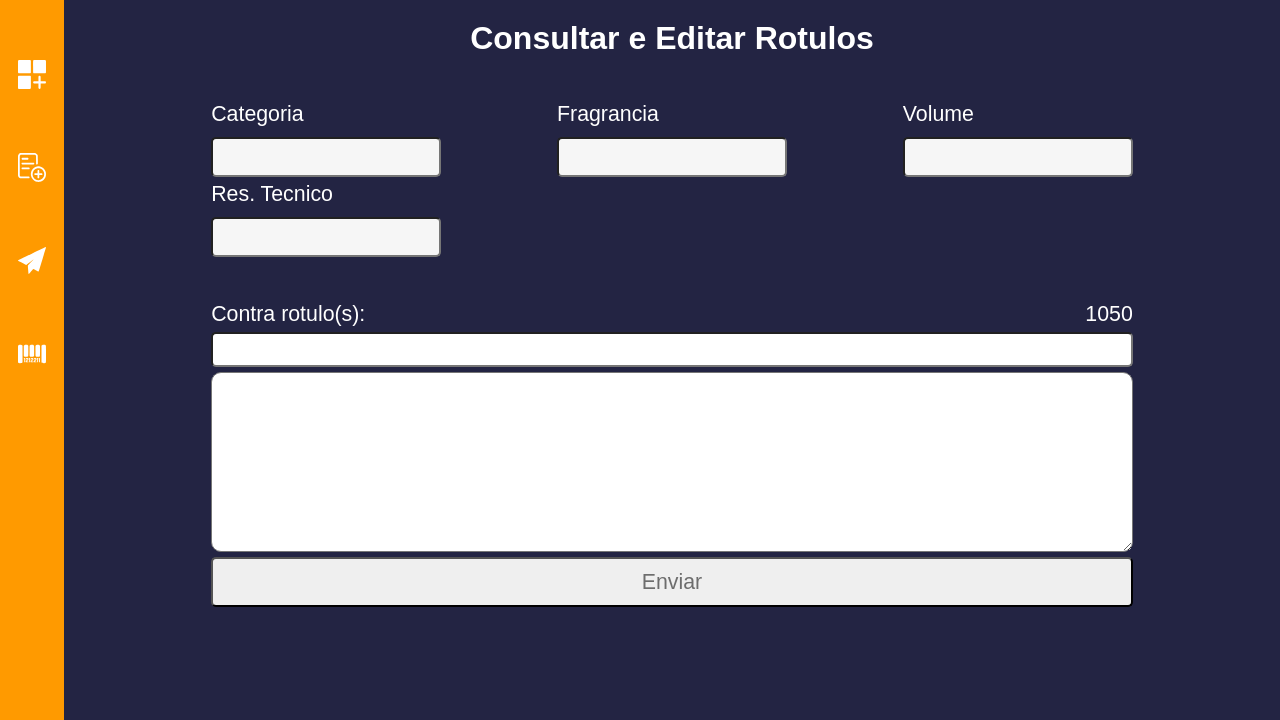
Repository: jeanjanrley/Organizador-de-rotulos
Page: /consultar
These files come from the project's save history. The page is drawn as it stood at one moment and after the next save; the edit follows.
The browser window is 1280 px wide. The pictures show the whole page.
The project was rebuilt for these pictures with package versions that can differ from the ones it lists, and the page was loaded fresh each time. Also part of the build but not shown: src/pages/home/Home.js.

Above is the page before, as saved 2021-06-26 15:56:27.

After the next save:
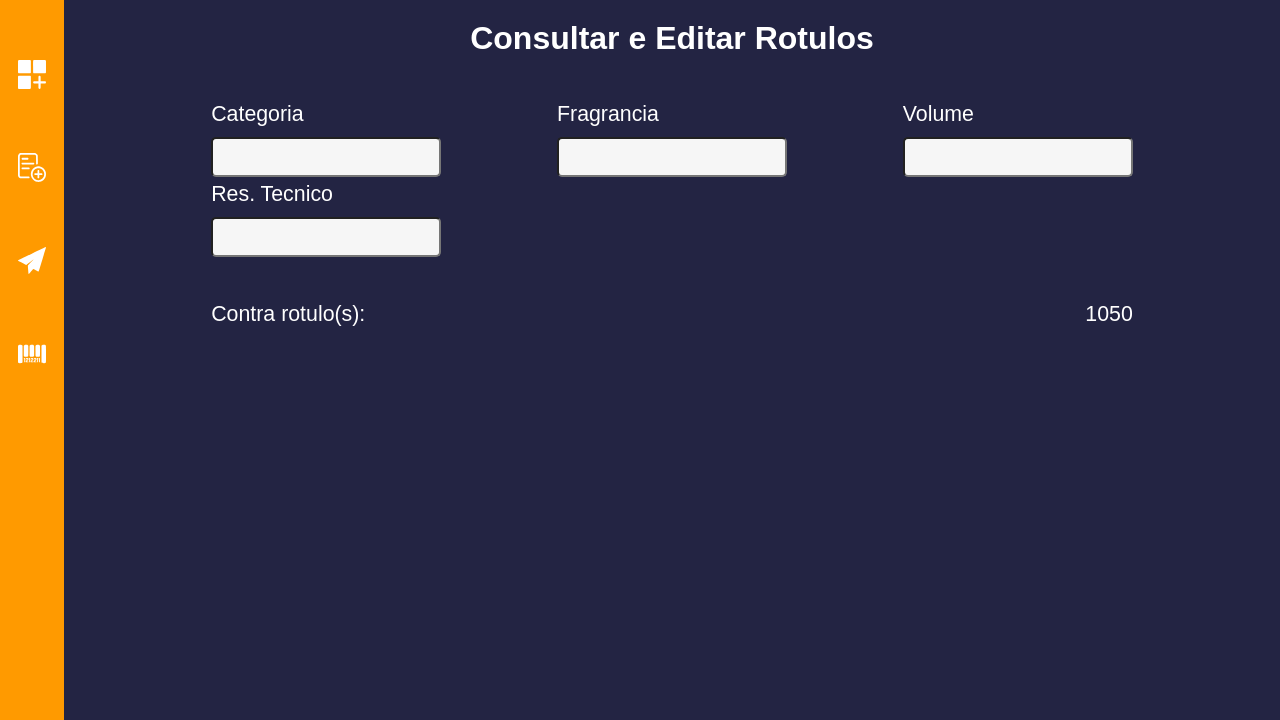
Saved 44 s later.
--- a/src/pages/consultar/index.js
+++ b/src/pages/consultar/index.js
@@ -24,14 +24,7 @@ export default function Home(){
                         <span>Contra rotulo(s):</span>
                         <span>{50+1000}</span>
                     </div>
-                    <input list="contra-rotulos" className="filter-rotulo"/>
 
-                    <datalist id='contra-rotulos'>
-                        <option value='Aromatizante - Cereja e aveia - 250 ml'/>
-                    </datalist>
-
-                    <textarea/>
-                    <button onClick={() => alert('Enviado com sucesso!')} type="button">Enviar</button>
                 </div>
 
 
